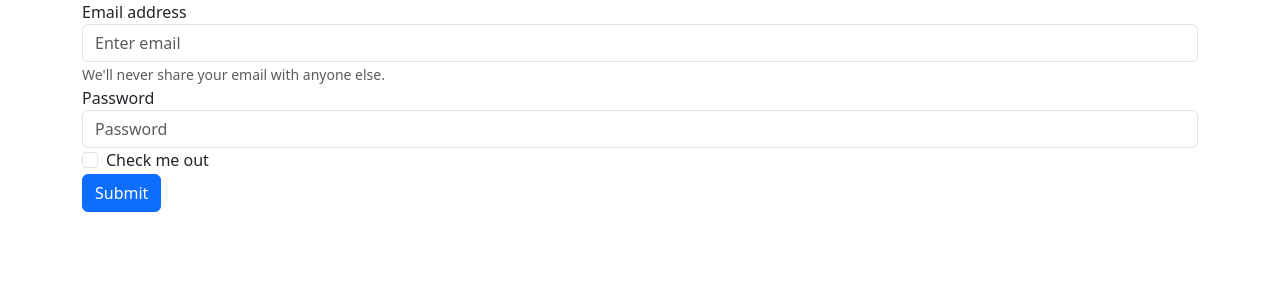
Repository: PhiKhongHoang/JSP-Servlet
Page: http://localhost/Bai6_BaiTapJSP3/login.jsp
The author's editor kept a copy of each file at every save. The page is drawn from the files as they stood at one save, then again after the next save.
The browser window is 1280 px wide. The pictures show the whole page.
The page is served by Tomcat 9.

Above is the page before, as saved 2024-02-16 16:35:06.

### Bai6_BaiTapJSP3/src/main/webapp/login.jsp
<%@ page language="java" contentType="text/html; charset=UTF-8"
    pageEncoding="UTF-8"%>
<!DOCTYPE html>
<html>
<head>
<meta charset="UTF-8">
<title>Insert title here</title>
<link
	href="https://cdn.jsdelivr.net/npm/bootstrap@5.3.2/dist/css/bootstrap.min.css"
	rel="stylesheet"
	integrity="sha384-T3c6CoIi6uLrA9TneNEoa7RxnatzjcDSCmG1MXxSR1GAsXEV/Dwwykc2MPK8M2HN"
	crossorigin="anonymous">
<script
	src="https://cdn.jsdelivr.net/npm/@popperjs/core@2.11.8/dist/umd/popper.min.js"
	integrity="sha384-I7E8VVD/ismYTF4hNIPjVp/Zjvgyol6VFvRkX/vR+Vc4jQkC+hVqc2pM8ODewa9r"
	crossorigin="anonymous"></script>
<script
	src="https://cdn.jsdelivr.net/npm/bootstrap@5.3.2/dist/js/bootstrap.min.js"
	integrity="sha384-BBtl+eGJRgqQAUMxJ7pMwbEyER4l1g+O15P+16Ep7Q9Q+zqX6gSbd85u4mG4QzX+"
	crossorigin="anonymous"></script>
</head>
<body>
	<div class="container">
		<form>
		  <div class="form-group">
		    <label for="exampleInputEmail1">Email address</label>
		    <input type="email" class="form-control" id="exampleInputEmail1" aria-describedby="emailHelp" placeholder="Enter email">
		    <small id="emailHelp" class="form-text text-muted">We'll never share your email with anyone else.</small>
		  </div>
		  <div class="form-group">
		    <label for="exampleInputPassword1">Password</label>
		    <input type="password" class="form-control" id="exampleInputPassword1" placeholder="Password">
		  </div>
		  <div class="form-group form-check">
		    <input type="checkbox" class="form-check-input" id="exampleCheck1">
		    <label class="form-check-label" for="exampleCheck1">Check me out</label>
		  </div>
		  <button type="submit" class="btn btn-primary">Submit</button>
		</form>
	</div>
</body>
</html>

After the next save:
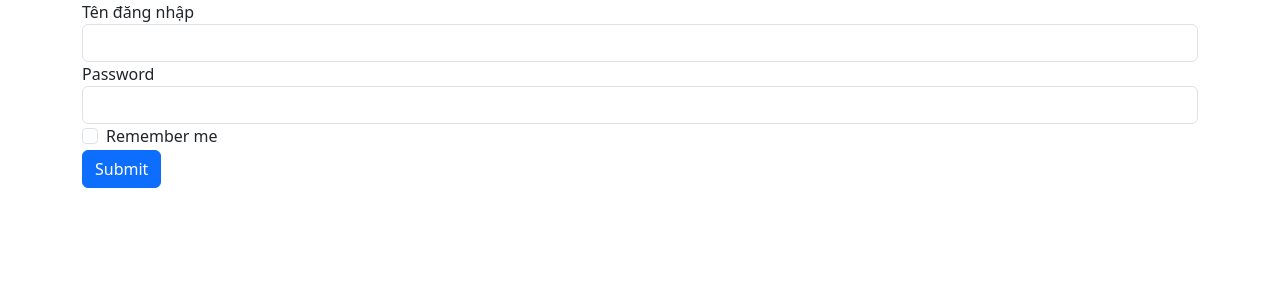
Saved 3 min 29 s later.
--- a/Bai6_BaiTapJSP3/src/main/webapp/login.jsp
+++ b/Bai6_BaiTapJSP3/src/main/webapp/login.jsp
@@ -21,19 +21,18 @@
 </head>
 <body>
 	<div class="container">
-		<form>
+		<form action="xuLyDangNhap.jsp" method="GET">
 		  <div class="form-group">
-		    <label for="exampleInputEmail1">Email address</label>
-		    <input type="email" class="form-control" id="exampleInputEmail1" aria-describedby="emailHelp" placeholder="Enter email">
-		    <small id="emailHelp" class="form-text text-muted">We'll never share your email with anyone else.</small>
+		    <label for="username">Tên đăng nhập</label>
+		    <input type="text" class="form-control" id="username" name="username">
 		  </div>
 		  <div class="form-group">
-		    <label for="exampleInputPassword1">Password</label>
-		    <input type="password" class="form-control" id="exampleInputPassword1" placeholder="Password">
+		    <label for="password">Password</label>
+		    <input type="password" class="form-control" id="password" name="password">
 		  </div>
-		  <div class="form-group form-check">
+		  <div class="form-check">
 		    <input type="checkbox" class="form-check-input" id="exampleCheck1">
-		    <label class="form-check-label" for="exampleCheck1">Check me out</label>
+		    <label class="form-check-label" for="exampleCheck1">Remember me</label>
 		  </div>
 		  <button type="submit" class="btn btn-primary">Submit</button>
 		</form>
